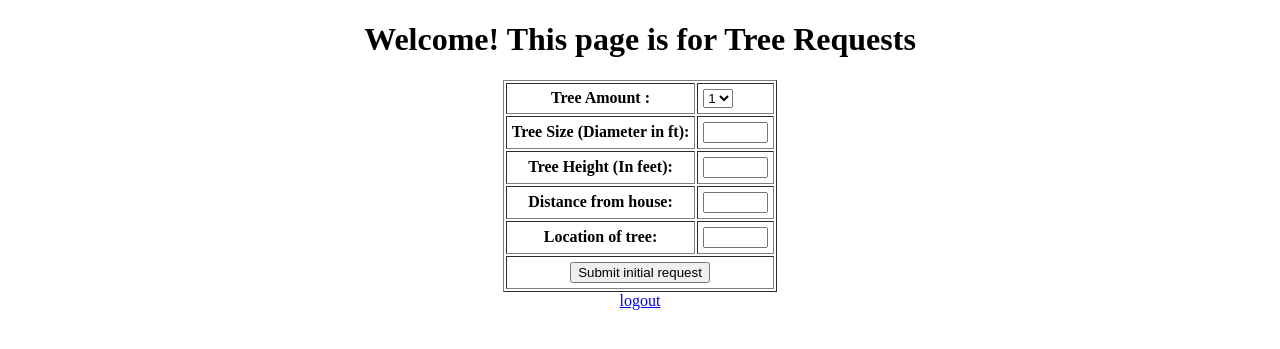
Repository: jrule5960/Tree-Cutting-Database
Page: http://localhost/database/processTreeRequest.jsp
The author's editor kept a copy of each file at every save. The page is drawn from the files as they stood at one save, then again after the next save.
The browser window is 1280 px wide. The pictures show the whole page.
The page is served by Tomcat 9. Other server files are loaded and not shown.

Above is the page before, as saved 2023-11-06 22:32:37.

### database/WebContent/processTreeRequest.jsp
<%@ page language="java" contentType="text/html; charset=ISO-8859-1"
    pageEncoding="ISO-8859-1"%>
<%@ taglib uri="http://java.sun.com/jsp/jstl/core" prefix="c" %>

<!DOCTYPE html>
<html>
<head>
<meta charset="ISO-8859-1">
<title>Process Tree page</title>
</head>

<center><h1>Welcome! This page is for Tree Requests</h1> </center>

	<center>
	</center>



	<form action = "DavidSmithView.jsp" method = "post">
	<center>

		<table border="1" cellpadding="5">
		<tr>
			<th> Tree Amount : </th>
			<td>
			<select name= "tree_num">
				<option value ="1"> 1  </option>
				<option value ="2"> 2  </option>
				<option value ="3"> 3  </option>
			</select>
			</td>
		</tr>

		<tr>
			<th> Tree Size (Diameter in ft): </th>
			<td align="center" colspan="8">
			<input type = "text" name = "tree_size" size = "5">
			</td>
		</tr>

		<tr>
			<th> Tree Height (In feet): </th>
			<td align="center" colspan="8">
			<input type = "text" name = "tree_height" size = "5">
			</td>
		</tr>

		<tr>
			<th> Distance from house: </th>
			<td align="center" colspan="8">
			<input type = "text" name = "tree_distance" size = "5">
			</td>
		</tr>

		<tr>
			<th> Location of tree: </th>
			<td align="center" colspan="8">
			<input type = "text" name = "tree_location" size = "5">
			</td>
		</tr>

		<tr>
			<td align="center" colspan="8">
			<input type = "submit" value = "Submit initial request">
			</td>
		</tr>
		</center>

		</table>
	</form>


	<body>
	 <center>
		 <a href="login.jsp"target ="_self" > logout</a><br><br>
		 </center>
	</body>
</html>

After the next save:
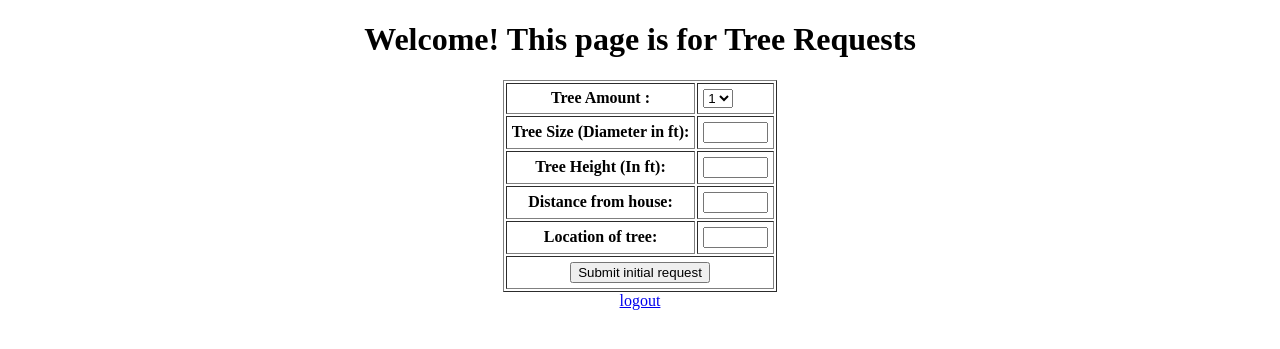
Saved 6 s later.
--- a/database/WebContent/processTreeRequest.jsp
+++ b/database/WebContent/processTreeRequest.jsp
@@ -39,7 +39,7 @@
 		</tr>
 
 		<tr>
-			<th> Tree Height (In feet): </th>
+			<th> Tree Height (In ft): </th>
 			<td align="center" colspan="8">
 			<input type = "text" name = "tree_height" size = "5">
 			</td>
